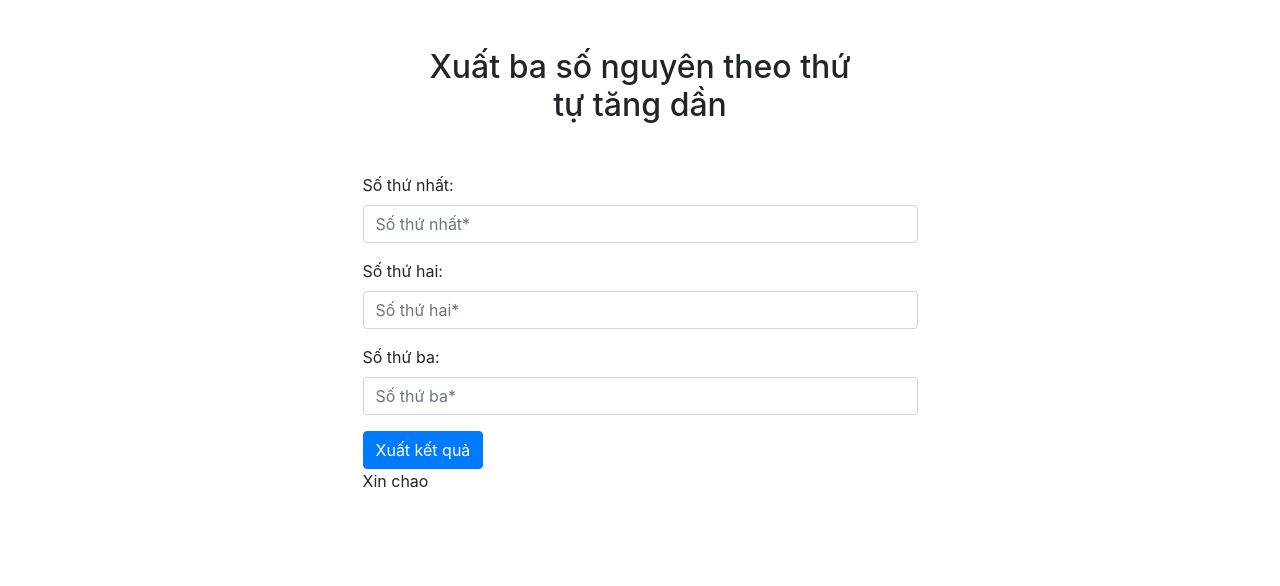
Repository: dovanthao2404/BC14_BaiTap_JS_Buoi_4_dovanthao
Page: html/bai1.html
These files come from the project's save history. The page is drawn as it stood at one moment and after a run of saves; the edit follows.
The browser window is 1280 px wide. The pictures show the whole page.

Above is the page before, as saved 2021-07-02 00:32:47.

After the next 2 saves:
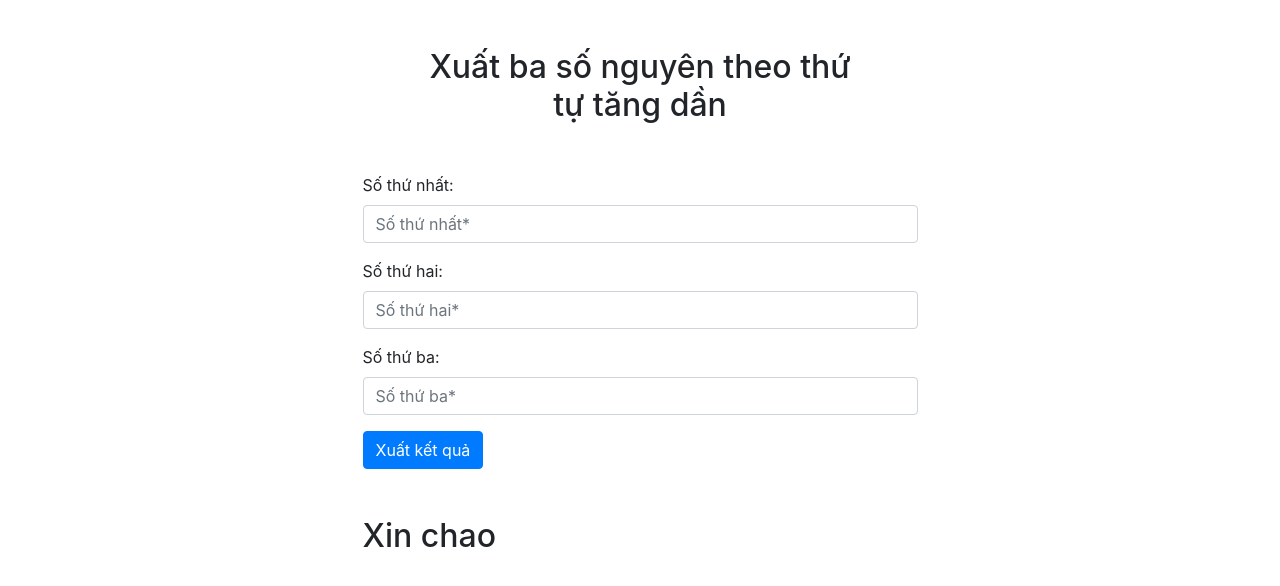
The 2 saves are shown as one change because they came seconds apart.
The last was saved 20 s later.
--- a/html/bai1.html
+++ b/html/bai1.html
@@ -29,8 +29,8 @@
         <input type="text" name="" id="number-3" class="form-control" placeholder="Số thứ ba*">
       </div>
       <button type="button" class="btn btn-primary">Xuất kết quả</button>
-      <div id="ketQua">
-        <span class="">Xin chao</span>
+      <div id="ketQua" class='mt-5'>
+        <h2 class="">Xin chao</h2>
       </div>
     </form>
 
